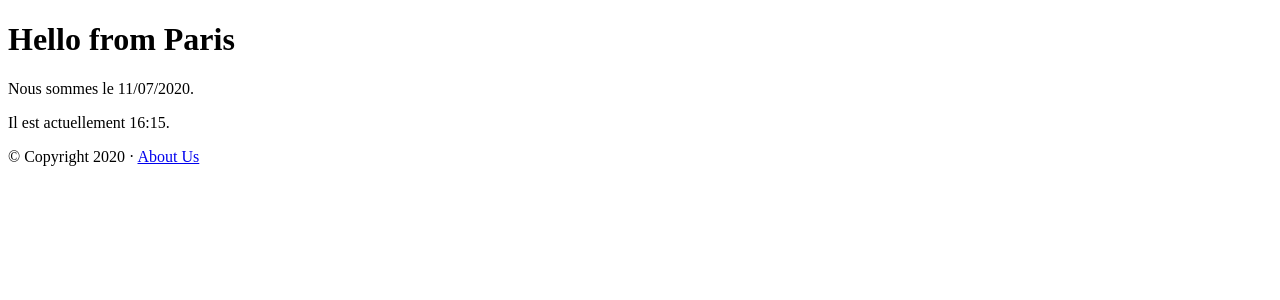
Repository: Elfebleu9/hello_city
Page: templates/pages/home.html.twig
These files come from the project's save history. The page is drawn as it stood at one moment and after the next save; the edit follows.
The browser window is 1280 px wide. The pictures show the whole page.
The page is a Twig template of a Symfony application; nobody is signed in and links lead nowhere. The template is opened directly, without the code that normally fills it, so the values that code supplies are empty.

Above is the page before, as saved 2020-07-13 11:29:03.

### templates/pages/home.html.twig
{% extends 'base.html.twig' %}
 {% block title 'Hello Paris ! ' %}
 {% block body %}
    <h1>Hello from Paris</h1>
    <p>Nous sommes le {{'now'|date('d/m/Y')}}.</p>
    <p> Il est actuellement {{ 'now'|date('H:i')}}.</p>
 {% endblock %}

### templates/base.html.twig
<!DOCTYPE html>
<html lang="{{app.request.locale}}">
    <head>
        <meta charset="UTF-8">
        <meta name="viewport" content="width=device-width, initial-scale=1, shrink-to-fit=no">

        <title>{% block title %}Hello Paris{% endblock %}</title>
        {% block stylesheets %}{% endblock %}
    </head>
    <body>
        <main role="main">
            {% block body %}{% endblock %}
        </main>

        <footer>
            <p>
                &copy; Copyright {{'now'|date('Y')}}
                &middot; <a href="{{path('app_about')}}">About Us</a>
            </p>
        </footer>
        {% block javascripts %}{% endblock %}
    </body>
</html>

After the next save:
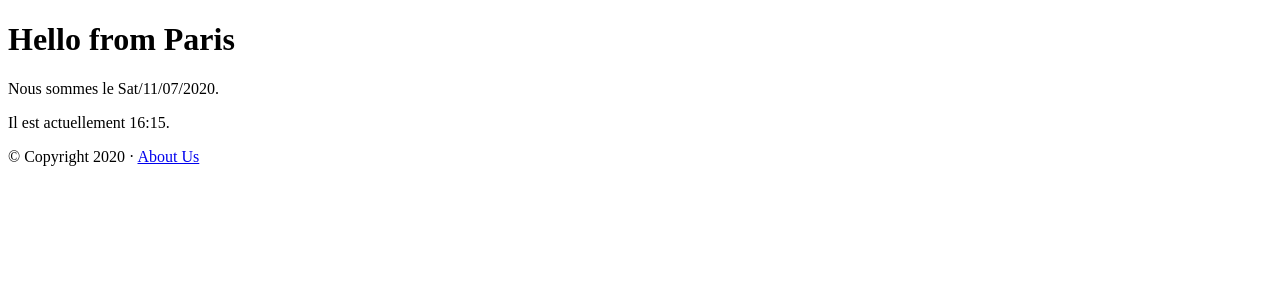
Saved 49 s later.
--- a/templates/pages/home.html.twig
+++ b/templates/pages/home.html.twig
@@ -2,6 +2,6 @@
  {% block title 'Hello Paris ! ' %}
  {% block body %}
     <h1>Hello from Paris</h1>
-    <p>Nous sommes le {{'now'|date('d/m/Y')}}.</p>
+    <p>Nous sommes le {{'now'|date('D/d/m/Y')}}.</p>
     <p> Il est actuellement {{ 'now'|date('H:i')}}.</p>
  {% endblock %}
